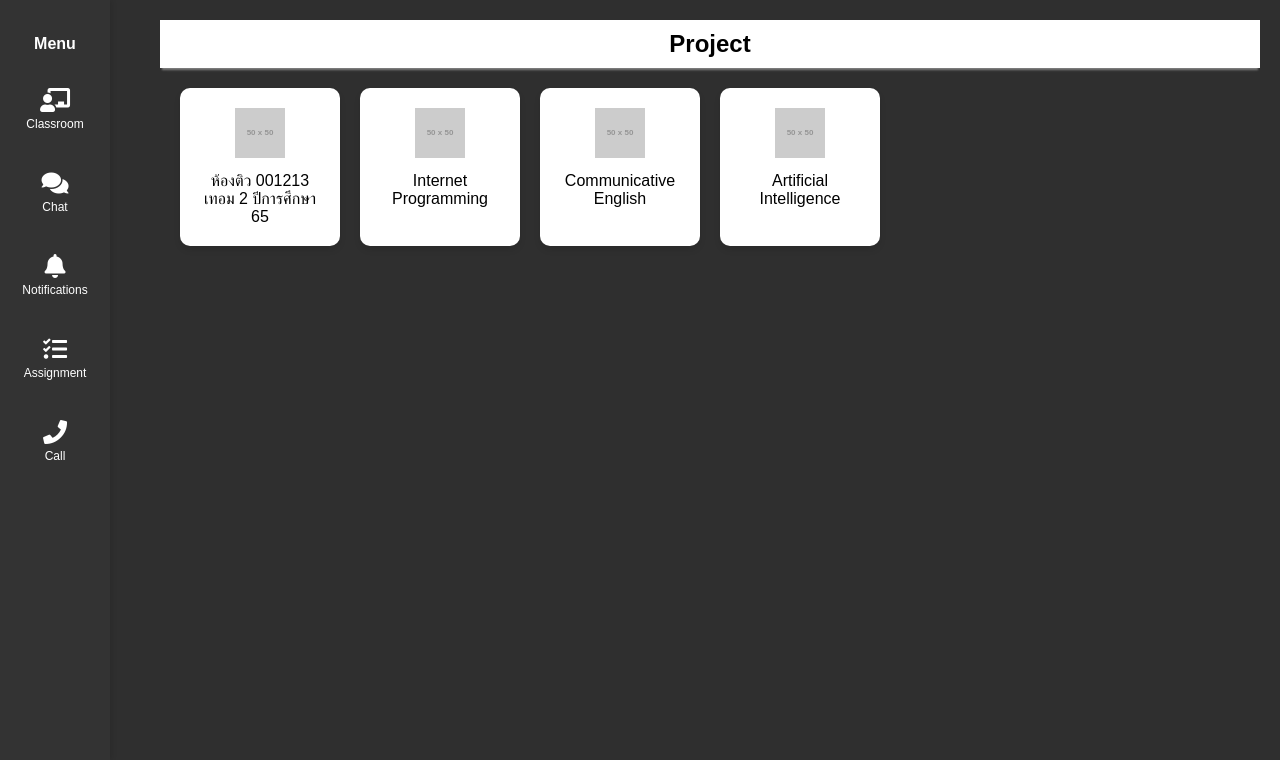
Repository: praifas16/ProPro
Page: docs/studenthead.html
These files come from the project's save history. The page is drawn as it stood at one moment and after the next save; the edit follows.
The browser window is 1280 px wide. The pictures show the whole page.

Above is the page before, as saved 2024-08-21 20:28:18.

After the next save:
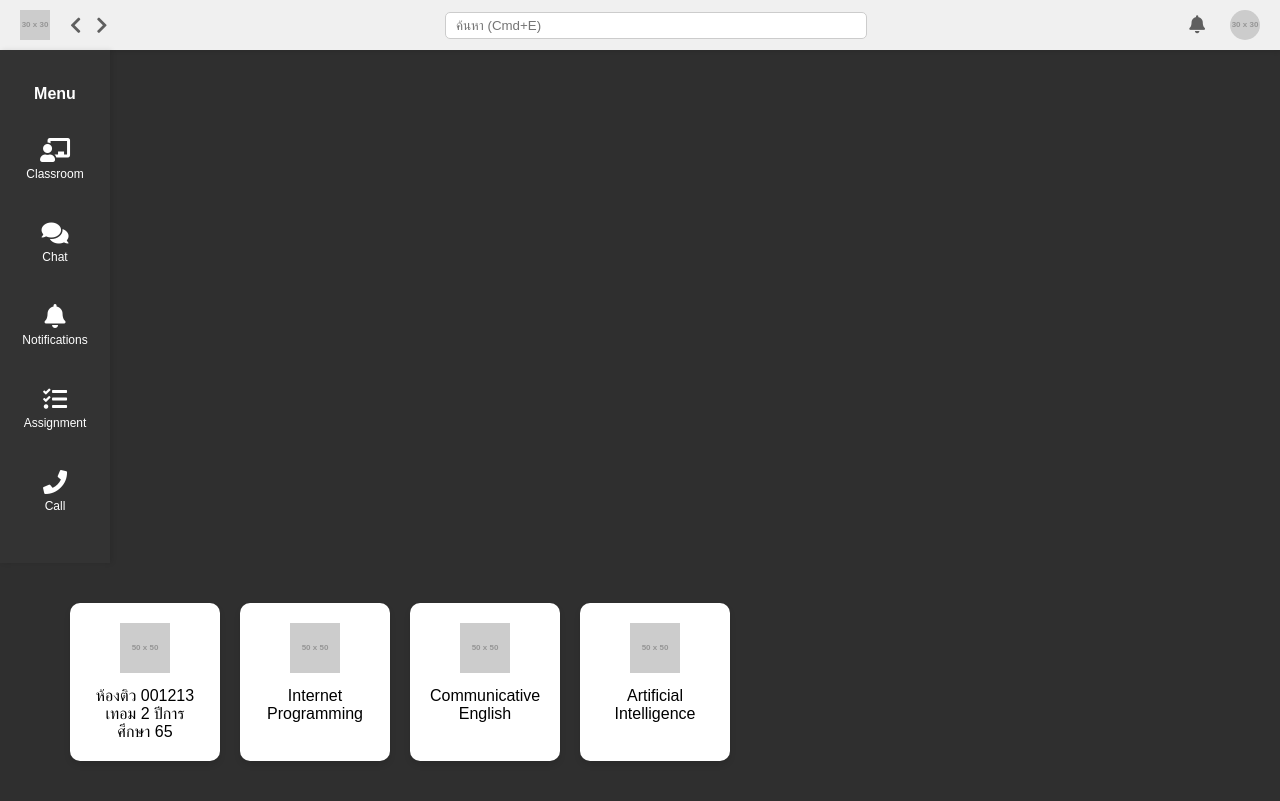
Saved 102 s later.
--- a/docs/studenthead.html
+++ b/docs/studenthead.html
@@ -12,6 +12,81 @@
         padding: 0;
         background-color: #2f2f2f;
         display: flex;
+        flex-direction: column;
+        height: 100vh;
+      }
+
+      /* แถบเมนูด้านบน */
+      .topbar {
+        background-color: #f0f0f0;
+        padding: 10px 20px;
+        display: flex;
+        align-items: center;
+        justify-content: space-between;
+        box-shadow: 0px 2px 4px rgba(0, 0, 0, 0.1);
+      }
+
+      .topbar .left-section {
+        display: flex;
+        align-items: center;
+      }
+
+      .topbar .left-section .logo {
+        display: flex;
+        align-items: center;
+        margin-right: 20px;
+      }
+
+      .topbar .left-section .logo img {
+        width: 30px;
+        height: 30px;
+      }
+
+      .topbar .left-section .navigation {
+        display: flex;
+        align-items: center;
+      }
+
+      .topbar .left-section .navigation i {
+        font-size: 18px;
+        color: #5f5f5f;
+        margin-right: 15px;
+        cursor: pointer;
+      }
+
+      .topbar .search-bar {
+        flex-grow: 1;
+        display: flex;
+        justify-content: center;
+      }
+
+      .topbar .search-bar input {
+        width: 400px;
+        padding: 5px 10px;
+        border-radius: 5px;
+        border: 1px solid #ccc;
+        background-color: #fff;
+        color: #333;
+      }
+
+      .topbar .user-section {
+        display: flex;
+        align-items: center;
+      }
+
+      .topbar .user-section img {
+        width: 30px;
+        height: 30px;
+        border-radius: 50%;
+        margin-left: 10px;
+      }
+
+      .topbar .user-section .notification {
+        margin-right: 15px;
+        position: relative;
+        font-size: 18px;
+        color: #5f5f5f;
+        cursor: pointer;
       }
 
       /* เมนูแถบข้าง */
@@ -19,7 +94,7 @@
         width: 70px;
         background-color: #333;
         color: white;
-        height: 100vh;
+        height: calc(100vh - 60px); /* Adjusted to take into account the topbar height */
         padding: 20px 20px;
         box-shadow: 2px 0 5px rgba(0, 0, 0, 0.1);
         display: flex;
@@ -66,18 +141,6 @@
       .main-content {
         flex-grow: 1;
         padding: 20px 20px 20px 50px; /* เพิ่ม padding ด้านซ้ายเพื่อให้เนื้อหาหลักอยู่ในระนาบเดียวกัน */
-      }
-
-      header {
-        background-color: #ffffff;
-        padding: 10px;
-        text-align: center;
-        box-shadow: 0px 4px 2px -2px gray;
-      }
-
-      h1 {
-        margin: 0;
-        font-size: 24px;
       }
 
       .container {
@@ -113,6 +176,28 @@
     </style>
   </head>
   <body>
+    <!-- แถบเมนูด้านบน -->
+    <div class="topbar">
+      <div class="left-section">
+        <div class="logo">
+          <img src="https://via.placeholder.com/30" alt="Logo" />
+        </div>
+        <div class="navigation">
+          <i class="fas fa-chevron-left"></i>
+          <i class="fas fa-chevron-right"></i>
+        </div>
+      </div>
+      <div class="search-bar">
+        <input type="text" placeholder="ค้นหา (Cmd+E)" />
+      </div>
+      <div class="user-section">
+        <div class="notification">
+          <i class="fa fa-bell"></i>
+        </div>
+        <img src="https://via.placeholder.com/30" alt="User Avatar" />
+      </div>
+    </div>
+
     <!-- เมนูแถบข้าง -->
     <div class="sidebar">
       <div class="menu-header">Menu</div>
@@ -129,9 +214,6 @@
 
     <!-- เนื้อหาหลัก -->
     <div class="main-content">
-      <header>
-        <h1>Project</h1>
-      </header>
       <div class="container">
         <div class="card">
           <img src="https://via.placeholder.com/50" alt="icon" />

After the save that followed:
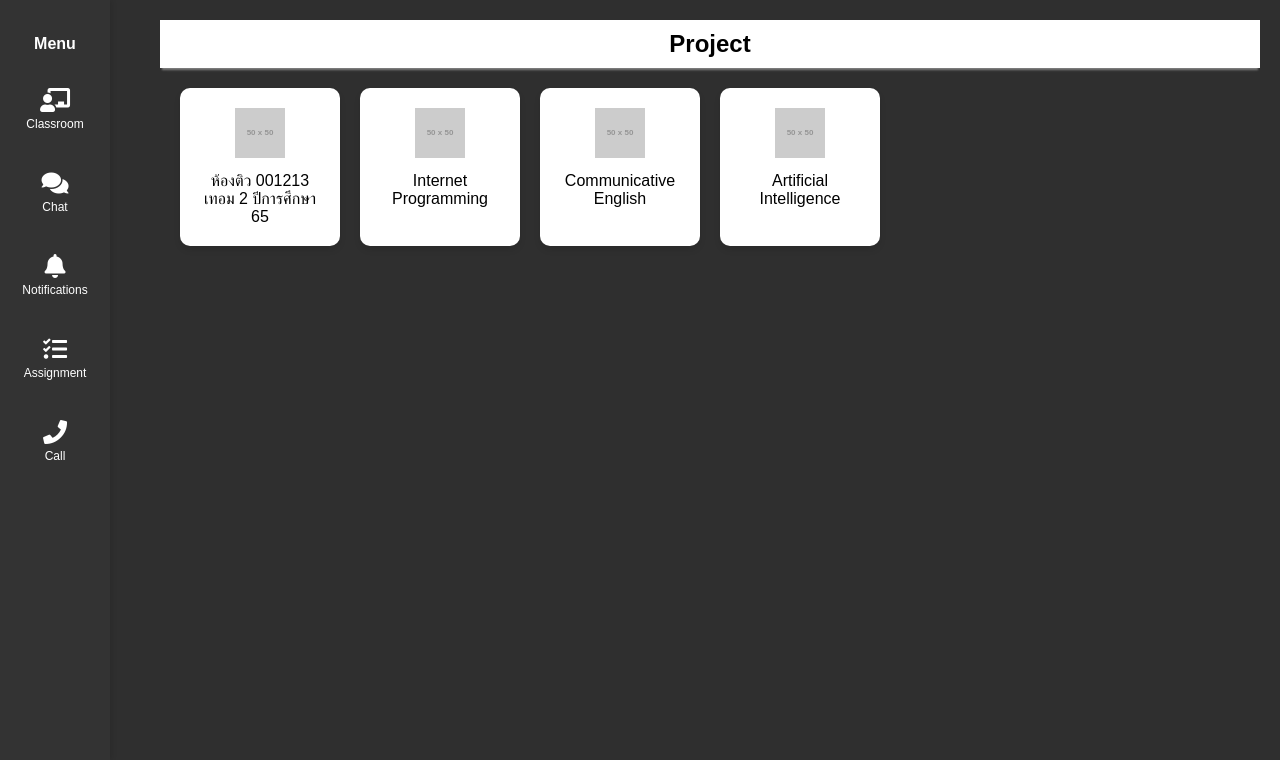
Saved 16 s later.
--- a/docs/studenthead.html
+++ b/docs/studenthead.html
@@ -12,81 +12,6 @@
         padding: 0;
         background-color: #2f2f2f;
         display: flex;
-        flex-direction: column;
-        height: 100vh;
-      }
-
-      /* แถบเมนูด้านบน */
-      .topbar {
-        background-color: #f0f0f0;
-        padding: 10px 20px;
-        display: flex;
-        align-items: center;
-        justify-content: space-between;
-        box-shadow: 0px 2px 4px rgba(0, 0, 0, 0.1);
-      }
-
-      .topbar .left-section {
-        display: flex;
-        align-items: center;
-      }
-
-      .topbar .left-section .logo {
-        display: flex;
-        align-items: center;
-        margin-right: 20px;
-      }
-
-      .topbar .left-section .logo img {
-        width: 30px;
-        height: 30px;
-      }
-
-      .topbar .left-section .navigation {
-        display: flex;
-        align-items: center;
-      }
-
-      .topbar .left-section .navigation i {
-        font-size: 18px;
-        color: #5f5f5f;
-        margin-right: 15px;
-        cursor: pointer;
-      }
-
-      .topbar .search-bar {
-        flex-grow: 1;
-        display: flex;
-        justify-content: center;
-      }
-
-      .topbar .search-bar input {
-        width: 400px;
-        padding: 5px 10px;
-        border-radius: 5px;
-        border: 1px solid #ccc;
-        background-color: #fff;
-        color: #333;
-      }
-
-      .topbar .user-section {
-        display: flex;
-        align-items: center;
-      }
-
-      .topbar .user-section img {
-        width: 30px;
-        height: 30px;
-        border-radius: 50%;
-        margin-left: 10px;
-      }
-
-      .topbar .user-section .notification {
-        margin-right: 15px;
-        position: relative;
-        font-size: 18px;
-        color: #5f5f5f;
-        cursor: pointer;
       }
 
       /* เมนูแถบข้าง */
@@ -94,7 +19,7 @@
         width: 70px;
         background-color: #333;
         color: white;
-        height: calc(100vh - 60px); /* Adjusted to take into account the topbar height */
+        height: 100vh;
         padding: 20px 20px;
         box-shadow: 2px 0 5px rgba(0, 0, 0, 0.1);
         display: flex;
@@ -143,6 +68,18 @@
         padding: 20px 20px 20px 50px; /* เพิ่ม padding ด้านซ้ายเพื่อให้เนื้อหาหลักอยู่ในระนาบเดียวกัน */
       }
 
+      header {
+        background-color: #ffffff;
+        padding: 10px;
+        text-align: center;
+        box-shadow: 0px 4px 2px -2px gray;
+      }
+
+      h1 {
+        margin: 0;
+        font-size: 24px;
+      }
+
       .container {
         display: grid;
         grid-template-columns: repeat(auto-fill, minmax(150px, 1fr));
@@ -176,28 +113,6 @@
     </style>
   </head>
   <body>
-    <!-- แถบเมนูด้านบน -->
-    <div class="topbar">
-      <div class="left-section">
-        <div class="logo">
-          <img src="https://via.placeholder.com/30" alt="Logo" />
-        </div>
-        <div class="navigation">
-          <i class="fas fa-chevron-left"></i>
-          <i class="fas fa-chevron-right"></i>
-        </div>
-      </div>
-      <div class="search-bar">
-        <input type="text" placeholder="ค้นหา (Cmd+E)" />
-      </div>
-      <div class="user-section">
-        <div class="notification">
-          <i class="fa fa-bell"></i>
-        </div>
-        <img src="https://via.placeholder.com/30" alt="User Avatar" />
-      </div>
-    </div>
-
     <!-- เมนูแถบข้าง -->
     <div class="sidebar">
       <div class="menu-header">Menu</div>
@@ -214,6 +129,9 @@
 
     <!-- เนื้อหาหลัก -->
     <div class="main-content">
+      <header>
+        <h1>Project</h1>
+      </header>
       <div class="container">
         <div class="card">
           <img src="https://via.placeholder.com/50" alt="icon" />
